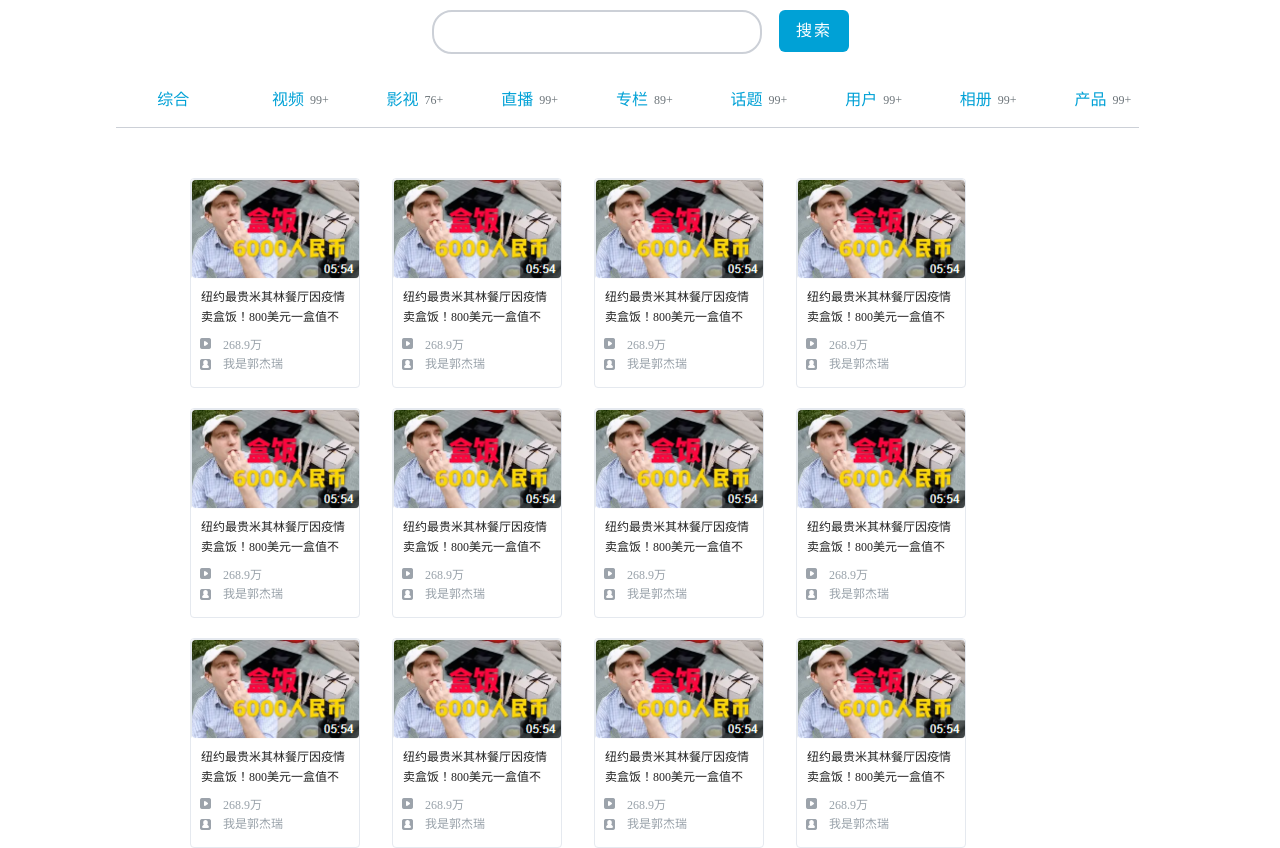
Repository: red-code-yl/web-project
Page: doc/food.html
The author's editor kept a copy of each file at every save. The page is drawn from the files as they stood at one save, then again after the next save.
The browser window is 1280 px wide. The pictures show the whole page.

Above is the page before, as saved 2020-06-18 16:40:40.

### doc/food.html
<!DOCTYPE html>
<html lang="en">
<head>
    <meta charset="UTF-8">
    <meta name="viewport" content="width=device-width, initial-scale=1.0">
    <title>美食</title>
    <link  rel="stylesheet"   href="../css/food.css" />
</head>
<body>
    <div id="search" class="search">
        <div class="contain">
            <div class="head-contain">
                <div class="search-top">
                    <div class="search-block">
                        <div class="search-input">
                            <input id="search-keyword" type="text" maxlength="100" autocomplete="off">
                        </div>
                        <div class="search-button">
                            <span class="search-text">搜索</span>
                        </div>

                    </div>
                </div>
                <div class="navigator">
                    <div class="nav-1">
                        <div class="fenlei">
                            <ul class="fenlei-list">
                                <li class="fenlei-list-1" style="height: 56px;line-height: 56px;width: 11.11%;">
                                    <a href="#">综合</a>
                                    <span></span>
                                </li>
                                <li class="fenlei-list-1" style="height: 56px;line-height: 56px;width: 11.11%;">
                                    <a href="#">视频<span>99+</span></a>

                                </li>
                                <li class="fenlei-list-1" style="height: 56px;line-height: 56px;width: 11.11%;">
                                    <a href="#">影视<span>76+</span></a>

                                </li>
                                <li class="fenlei-list-1" style="height: 56px;line-height: 56px;width: 11.11%;">
                                    <a href="#">直播<span>99+</span></a>

                                </li>
                                <li class="fenlei-list-1" style="height: 56px;line-height: 56px;width: 11.11%;">
                                    <a href="#">专栏<span>89+</span></a>

                                </li>
                                <li class="fenlei-list-1" style="height: 56px;line-height: 56px;width: 11.11%;">
                                    <a href="#">话题<span>99+</span></a>

                                </li>
                                <li class="fenlei-list-1" style="height: 56px;line-height: 56px;width: 11.11%;">
                                    <a href="#">用户<span>99+</span></a>

                                </li>
                                <li class="fenlei-list-1" style="height: 56px;line-height: 56px;width: 11.11%;">
                                    <a href="#">相册<span>99+</span></a>

                                </li>
                                <li class="fenlei-list-1" style="height: 56px;line-height: 56px;width: 11.11%;">
                                    <a href="#">产品<span>99+</span></a>
                                </li>
                            </ul>
                        </div>
                    </div>
                </div>
            </div>
            <div class="body-contain">
                <div class="all-list">
                    <ul class="video-list">
                        <li class="video-list-part">
                            <a href="#" title="" target="_blank" class="list-part-1">
                                <div class="img">
                                    <div class="lazy-img">
                                        <img alt src="../img/img-list1.png">
                                    </div>

                                </div>
                            </a>
                            <div class="list-text">
                                <div class="list-title">
                                    <a title="" href="#" target="_blank" class="title-1">
                                        纽约最贵米其林餐厅因疫情卖盒饭！800美元一盒值不值？
                                    </a>
                                </div>
                                <div class="tags">
                                    <span class="play" title="观看">
                                        <i class="playcount"></i>
                                        268.9万
                                    </span>
                                    <br/>
                                    <span class="play2" title="up主">
                                        <i class="play-uper"></i>
                                        <a href="#" target="_blank" class="up-name">
                                            我是郭杰瑞
                                        </a>
                                    </span>
                                </div>
                            </div>
                        </li>
                        <li class="video-list-part">
                            <a href="#" title="" target="_blank" class="list-part-1">
                                <div class="img">
                                    <div class="lazy-img">
                                        <img alt src="../img/img-list1.png">
                                    </div>

                                </div>
                            </a>
                            <div class="list-text">
                                <div class="list-title">
                                    <a title="" href="#" target="_blank" class="title-1">
                                        纽约最贵米其林餐厅因疫情卖盒饭！800美元一盒值不值？
                                    </a>
                                </div>
                                <div class="tags">
                                    <span class="play" title="观看">
                                        <i class="playcount"></i>
                                        268.9万
                                    </span>
                                    <br/>
                                    <span class="play2" title="up主">
                                        <i class="play-uper"></i>
                                        <a href="#" target="_blank" class="up-name">
                                            我是郭杰瑞
                                        </a>
                                    </span>
                                </div>
                            </div>
                        </li>
                        <li class="video-list-part">
                            <a href="#" title="" target="_blank" class="list-part-1">
                                <div class="img">
                                    <div class="lazy-img">
                                        <img alt src="../img/img-list1.png">
                                    </div>

                                </div>
                            </a>
                            <div class="list-text">
                                <div class="list-title">
                                    <a title="" href="#" target="_blank" class="title-1">
                                        纽约最贵米其林餐厅因疫情卖盒饭！800美元一盒值不值？
                                    </a>
                                </div>
                                <div class="tags">
                                    <span class="play" title="观看">
                                        <i class="playcount"></i>
                                        268.9万
                                    </span>
                                    <br/>
                                    <span class="play2" title="up主">
                                        <i class="play-uper"></i>
                                        <a href="#" target="_blank" class="up-name">
                                            我是郭杰瑞
                                        </a>
                                    </span>
                                </div>
                            </div>
                        </li>
                        <li class="video-list-part">
                            <a href="#" title="" target="_blank" class="list-part-1">
                                <div class="img">
                                    <div class="lazy-img">
                                        <img alt src="../img/img-list1.png">
                                    </div>

                                </div>
                            </a>
                            <div class="list-text">
                                <div class="list-title">
                                    <a title="" href="#" target="_blank" class="title-1">
                                        纽约最贵米其林餐厅因疫情卖盒饭！800美元一盒值不值？
                                    </a>
                                </div>
                                <div class="tags">
                                    <span class="play" title="观看">
                                        <i class="playcount"></i>
                                        268.9万
                                    </span>
                                    <br/>
                                    <span class="play2" title="up主">
                                        <i class="play-uper"></i>
                                        <a href="#" target="_blank" class="up-name">
                                            我是郭杰瑞
                                        </a>
                                    </span>
                                </div>
                            </div>
                        </li>
                        <li class="video-list-part">
                            <a href="#" title="" target="_blank" class="list-part-1">
                                <div class="img">
                                    <div class="lazy-img">
                                        <img alt src="../img/img-list1.png">
                                    </div>

                                </div>
                            </a>
                            <div class="list-text">
                                <div class="list-title">
                                    <a title="" href="#" target="_blank" class="title-1">
                                        纽约最贵米其林餐厅因疫情卖盒饭！800美元一盒值不值？
                                    </a>
                                </div>
                                <div class="tags">
                                    <span class="play" title="观看">
                                        <i class="playcount"></i>
                                        268.9万
                                    </span>
                                    <br/>
                                    <span class="play2" title="up主">
                                        <i class="play-uper"></i>
                                        <a href="#" target="_blank" class="up-name">
                                            我是郭杰瑞
                                        </a>
                                    </span>
                                </div>
                            </div>
                        </li>
                        <li class="video-list-part">
                            <a href="#" title="" target="_blank" class="list-part-1">
                                <div class="img">
                                    <div class="lazy-img">
                                        <img alt src="../img/img-list1.png">
                                    </div>

                                </div>
                            </a>
                            <div class="list-text">
                                <div class="list-title">
                                    <a title="" href="#" target="_blank" class="title-1">
                                        纽约最贵米其林餐厅因疫情卖盒饭！800美元一盒值不值？
                                    </a>
                                </div>
                                <div class="tags">
                                    <span class="play" title="观看">
                                        <i class="playcount"></i>
                                        268.9万
                                    </span>
                                    <br/>
                                    <span class="play2" title="up主">
                                        <i class="play-uper"></i>
                                        <a href="#" target="_blank" class="up-name">
                                            我是郭杰瑞
                                        </a>
                                    </span>
                                </div>
                            </div>
                        </li>
                        <li class="video-list-part">
                            <a href="#" title="" target="_blank" class="list-part-1">
                                <div class="img">
                                    <div class="lazy-img">
                                        <img alt src="../img/img-list1.png">
                                    </div>

                                </div>
                            </a>
                            <div class="list-text">
                                <div class="list-title">
                                    <a title="" href="#" target="_blank" class="title-1">
                                        纽约最贵米其林餐厅因疫情卖盒饭！800美元一盒值不值？
                                    </a>
                                </div>
                                <div class="tags">
                                    <span class="play" title="观看">
                                        <i class="playcount"></i>
                                        268.9万
                                    </span>
                                    <br/>
                                    <span class="play2" title="up主">
                                        <i class="play-uper"></i>
                                        <a href="#" target="_blank" class="up-name">
                                            我是郭杰瑞
                                        </a>
                                    </span>
                                </div>
                            </div>
                        </li>
                        <li class="video-list-part">
                            <a href="#" title="" target="_blank" class="list-part-1">
                                <div class="img">
                                    <div class="lazy-img">
                                        <img alt src="../img/img-list1.png">
                                    </div>

                                </div>
                            </a>
                            <div class="list-text">
                                <div class="list-title">
                                    <a title="" href="#" target="_blank" class="title-1">
                                        纽约最贵米其林餐厅因疫情卖盒饭！800美元一盒值不值？
                                    </a>
                                </div>
                                <div class="tags">
                                    <span class="play" title="观看">
                                        <i class="playcount"></i>
                                        268.9万
                                    </span>
                                    <br/>
                                    <span class="play2" title="up主">
                                        <i class="play-uper"></i>
                                        <a href="#" target="_blank" class="up-name">
                                            我是郭杰瑞
                                        </a>
                                    </span>
                                </div>
                            </div>
                        </li>
                        <li class="video-list-part">
                            <a href="#" title="" target="_blank" class="list-part-1">
                                <div class="img">
                                    <div class="lazy-img">
                                        <img alt src="../img/img-list1.png">
                                    </div>

                                </div>
                            </a>
                            <div class="list-text">
                                <div class="list-title">
                                    <a title="" href="#" target="_blank" class="title-1">
                                        纽约最贵米其林餐厅因疫情卖盒饭！800美元一盒值不值？
                                    </a>
                                </div>
                                <div class="tags">
                                    <span class="play" title="观看">
                                        <i class="playcount"></i>
                                        268.9万
                                    </span>
                                    <br/>
                                    <span class="play2" title="up主">
                                        <i class="play-uper"></i>
                                        <a href="#" target="_blank" class="up-name">
                                            我是郭杰瑞
                                        </a>
                                    </span>
                                </div>
                            </div>
                        </li>
                        <li class="video-list-part">
                            <a href="#" title="" target="_blank" class="list-part-1">
                                <div class="img">
                                    <div class="lazy-img">
                                        <img alt src="../img/img-list1.png">
                                    </div>

                                </div>
                            </a>
                            <div class="list-text">
                                <div class="list-title">
                                    <a title="" href="#" target="_blank" class="title-1">
                                        纽约最贵米其林餐厅因疫情卖盒饭！800美元一盒值不值？
                                    </a>
                                </div>
                                <div class="tags">
                                    <span class="play" title="观看">
                                        <i class="playcount"></i>
                                        268.9万
                                    </span>
                                    <br/>
                                    <span class="play2" title="up主">
                                        <i class="play-uper"></i>
                                        <a href="#" target="_blank" class="up-name">
                                            我是郭杰瑞
                                        </a>
                                    </span>
                                </div>
                            </div>
                        </li>
                        <li class="video-list-part">
                            <a href="#" title="" target="_blank" class="list-part-1">
                                <div class="img">
                                    <div class="lazy-img">
                                        <img alt src="../img/img-list1.png">
                                    </div>

                                </div>
                            </a>
                            <div class="list-text">
                                <div class="list-title">
                                    <a title="" href="#" target="_blank" class="title-1">
                                        纽约最贵米其林餐厅因疫情卖盒饭！800美元一盒值不值？
                                    </a>
                                </div>
                                <div class="tags">
                                    <span class="play" title="观看">
                                        <i class="playcount"></i>
                                        268.9万
                                    </span>
                                    <br/>
                                    <span class="play2" title="up主">
                                        <i class="play-uper"></i>
                                        <a href="#" target="_blank" class="up-name">
                                            我是郭杰瑞
                                        </a>
                                    </span>
                                </div>
                            </div>
                        </li>
                        <li class="video-list-part">
                            <a href="#" title="" target="_blank" class="list-part-1">
                                <div class="img">
                                    <div class="lazy-img">
                                        <img alt src="../img/img-list1.png">
                                    </div>

                                </div>
                            </a>
                            <div class="list-text">
                                <div class="list-title">
                                    <a title="" href="#" target="_blank" class="title-1">
                                        纽约最贵米其林餐厅因疫情卖盒饭！800美元一盒值不值？
                                    </a>
                                </div>
                                <div class="tags">
                                    <span class="play" title="观看">
                                        <i class="playcount"></i>
                                        268.9万
                                    </span>
                                    <br/>
                                    <span class="play2" title="up主">
                                        <i class="play-uper"></i>
                                        <a href="#" target="_blank" class="up-name">
                                            我是郭杰瑞
                                        </a>
                                    </span>
                                </div>
                            </div>
                        </li>
                    </ul>
                </div>
            </div>
        </div>
    </div>
</body>
</html>

Loaded but not shown: css/food.css (235 lines, source omitted)

After the next save:
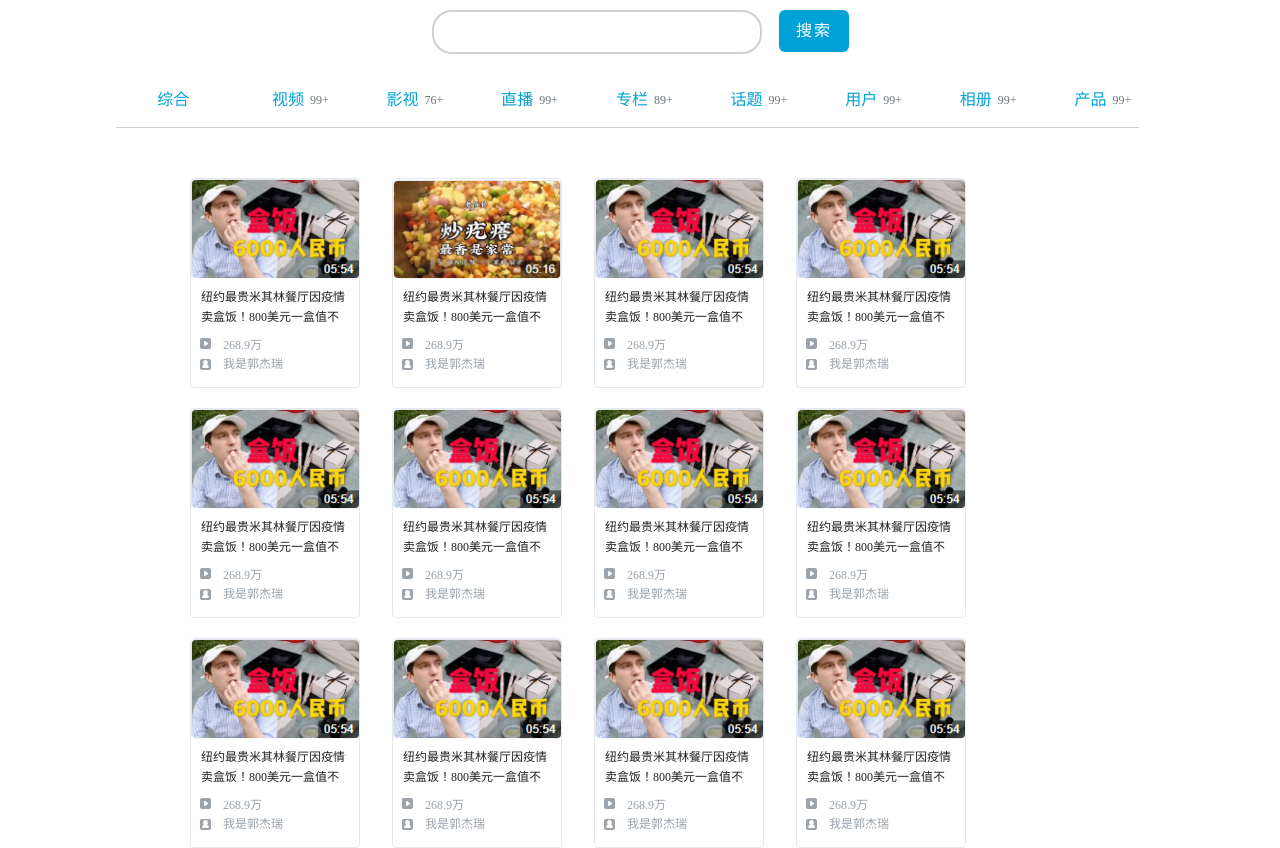
Saved 88 s later.
--- a/doc/food.html
+++ b/doc/food.html
@@ -102,7 +102,7 @@
                             <a href="#" title="" target="_blank" class="list-part-1">
                                 <div class="img">
                                     <div class="lazy-img">
-                                        <img alt src="../img/img-list1.png">
+                                        <img alt src="../img/img-list2.png">
                                     </div>
 
                                 </div>
